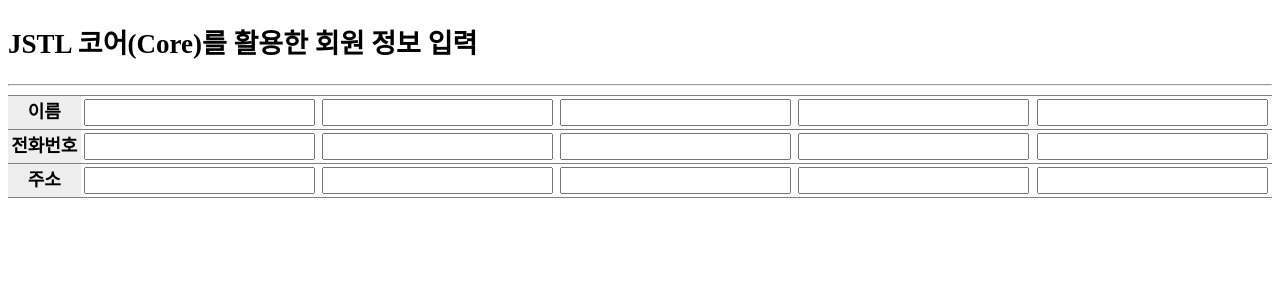
Repository: onpul/Web
Page: http://localhost/WebApp22/MemberInsertForm.jsp
The author's editor kept a copy of each file at every save. The page is drawn from the files as they stood at one save, then again after the next save.
The browser window is 1280 px wide. The pictures show the whole page.
The page is served by Tomcat 9.

Above is the page before, as saved 2022-04-29 08:32:20.

After the next save:
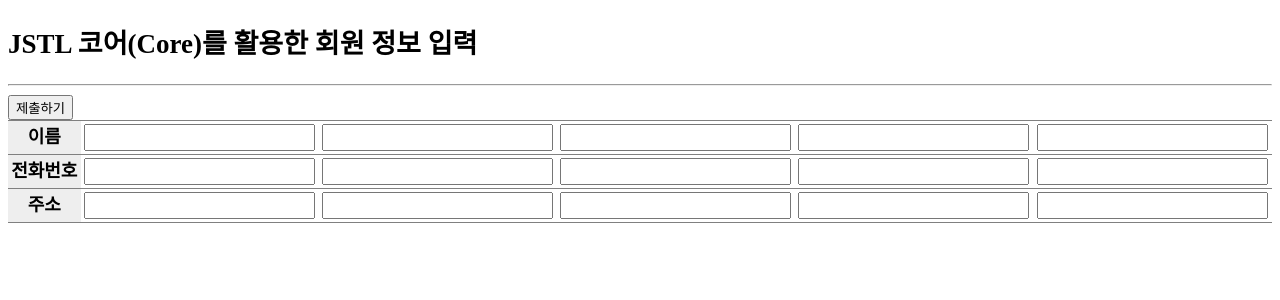
Saved 33 s later.
--- a/WebApp22/WebContent/MemberInsertForm.jsp
+++ b/WebApp22/WebContent/MemberInsertForm.jsp
@@ -41,6 +41,9 @@
 					<td><input type="text" name="addr${a }"/></td>
 				</c:forEach>
 			</tr>
+			<tr>
+				<button type="submit">제출하기</button>
+			</tr>
 		</table>
 	</form>
 </div>
